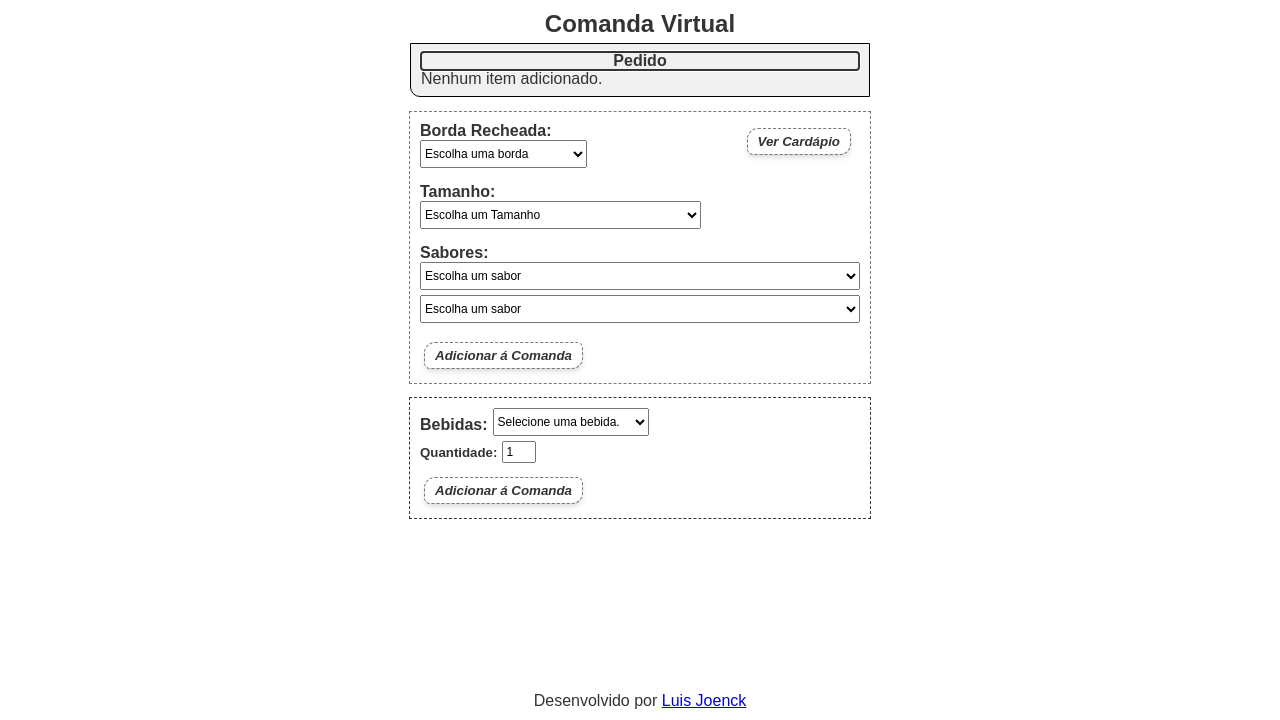
Repository: Joenck91/front-comanda-virtual
Page: index.html
The author's editor kept a copy of each file at every save. The page is drawn from the files as they stood at one save, then again after the next save.
The browser window is 1280 px wide. The pictures show the whole page.

Above is the page before, as saved 2025-10-05 15:01:18.

After the next save:
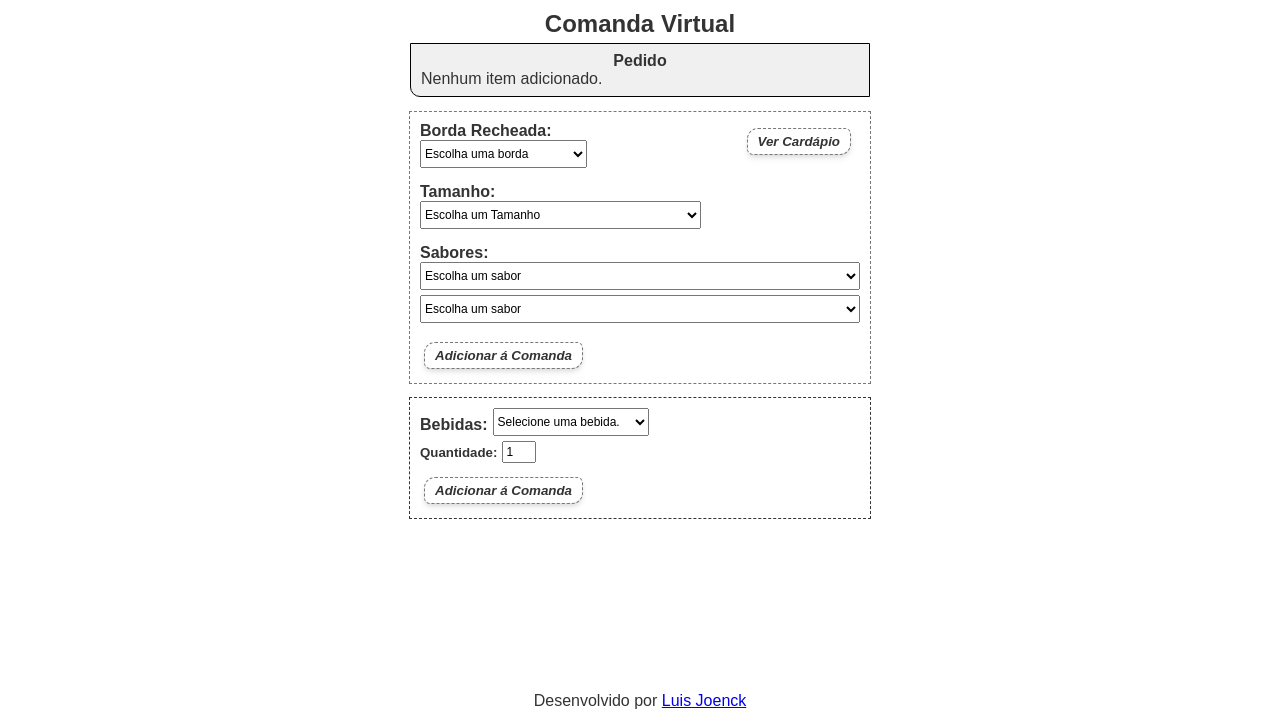
Saved 10 s later.
--- a/style/layout.css
+++ b/style/layout.css
@@ -18,7 +18,6 @@
 .command-box h4{
     width: 100% ;
     text-align: center;
-    outline: auto;
 }
 .ordered-item{
     border: 1px dashed #333;
